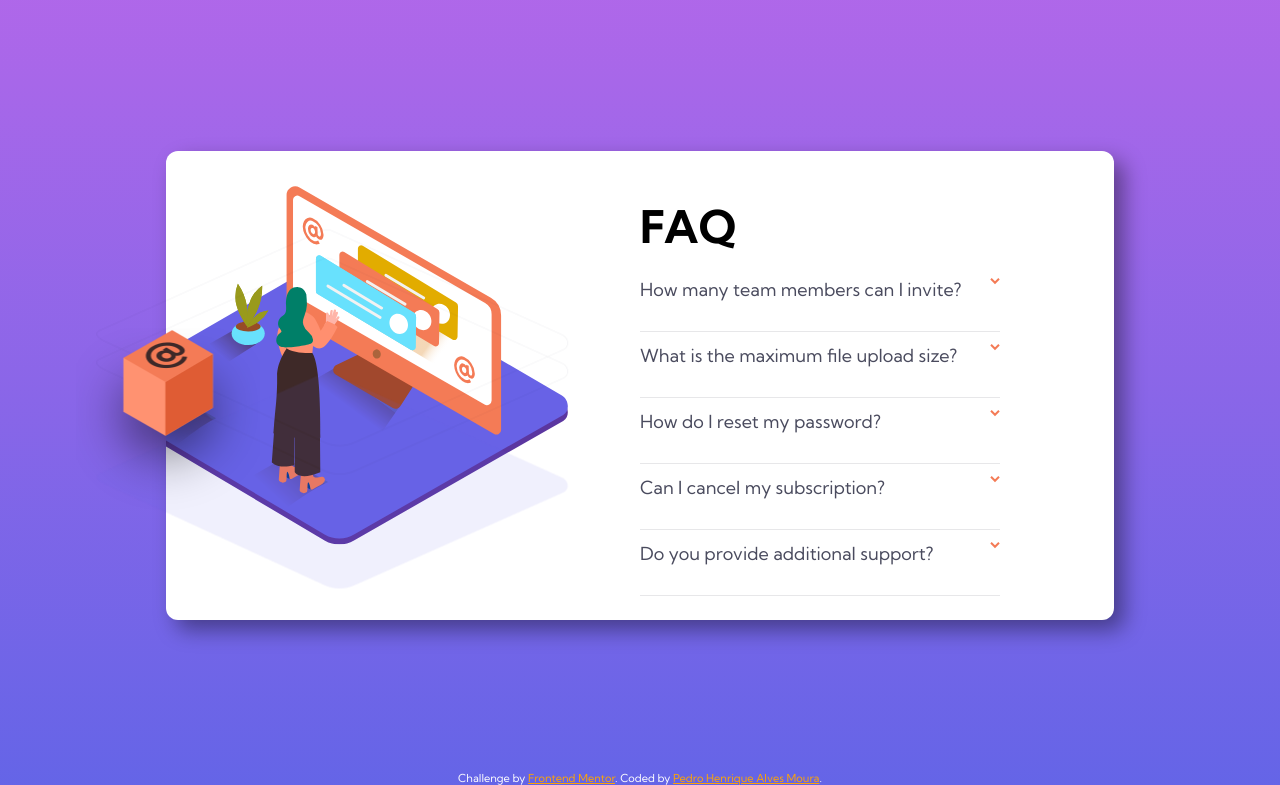
Repository: Pedrohamoura-Git/Frontend-Mentor-Challenges
Page: Javascript, HTML & CSS/faq-accordion-card-main/index.html
These files come from the project's save history. The page is drawn as it stood at one moment and after the next save; the edit follows.
The browser window is 1280 px wide. The pictures show the whole page.

Above is the page before, as saved 2021-06-13 08:12:52.

After the next save:
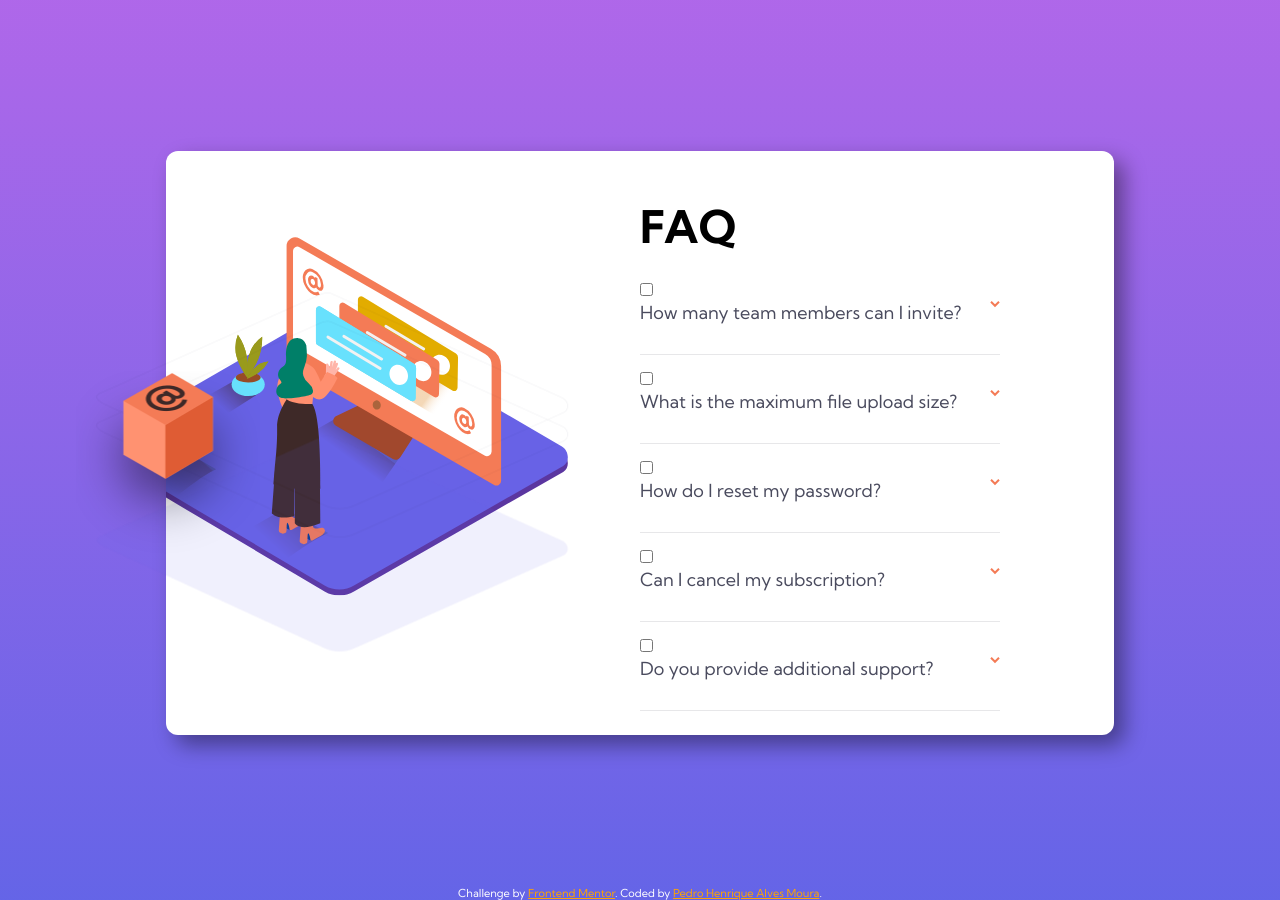
Saved 11 s later.
--- a/Javascript, HTML & CSS/faq-accordion-card-main/css/style.css
+++ b/Javascript, HTML & CSS/faq-accordion-card-main/css/style.css
@@ -101,9 +101,11 @@
         transition: .3s;
     }
 
-    label .arrow {
+    .arrow {
         float: right;
     }
+
+    label .arrow
 
 
     input[type="checkbox"] {

After the 2 saves that followed:
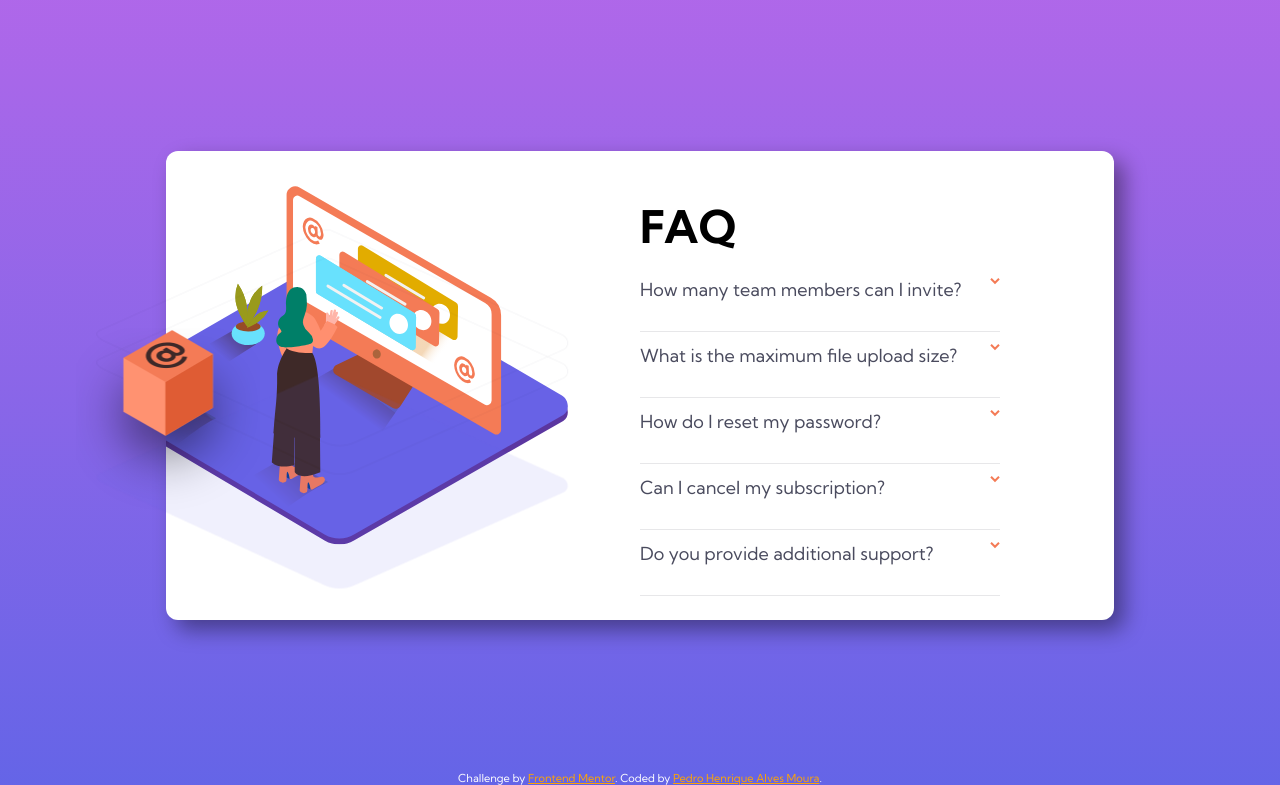
The 2 saves are shown as one change because they came seconds apart.
The last was saved 10 s later.
--- a/Javascript, HTML & CSS/faq-accordion-card-main/css/style.css
+++ b/Javascript, HTML & CSS/faq-accordion-card-main/css/style.css
@@ -105,7 +105,9 @@
         float: right;
     }
 
-    label .arrow
+    label .arrow {
+
+    }
 
 
     input[type="checkbox"] {
